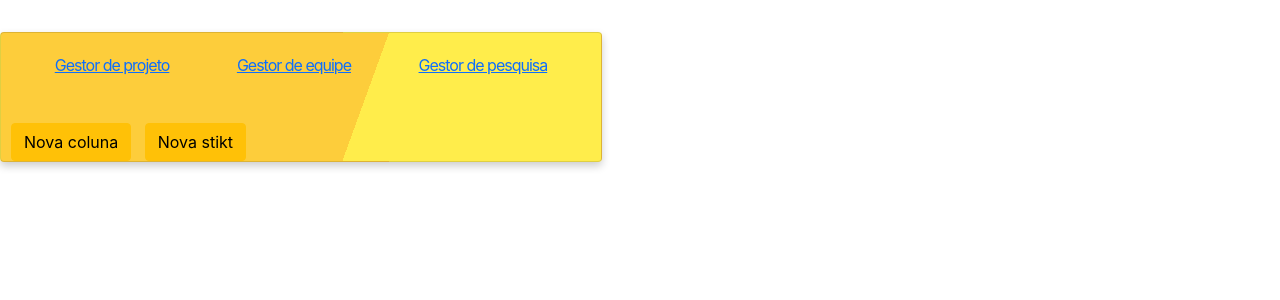
Repository: shadowruge/kanban
Page: index.html
An editor plug-in stored every save of this project. The page is shown before and after the next save, followed by the edit.
The browser window is 1280 px wide. The pictures show the whole page.

Above is the page before, as saved 2021-06-12 19:53:33.

### index.html
<!DOCTYPE html>
<html lang="en">
  <head>
    <meta charset="UTF-8" />
    <meta http-equiv="X-UA-Compatible" content="IE=edge" />
    <meta name="viewport" content="width=device-width, initial-scale=1.0" />
    <script src="https://cdn.jsdelivr.net/npm/@popperjs/core@2.9.2/dist/umd/popper.min.js" integrity="sha384-IQsoLXl5PILFhosVNubq5LC7Qb9DXgDA9i+tQ8Zj3iwWAwPtgFTxbJ8NT4GN1R8p" crossorigin="anonymous"></script>
<script src="https://cdn.jsdelivr.net/npm/bootstrap@5.0.1/dist/js/bootstrap.min.js" integrity="sha384-Atwg2Pkwv9vp0ygtn1JAojH0nYbwNJLPhwyoVbhoPwBhjQPR5VtM2+xf0Uwh9KtT" crossorigin="anonymous"></script>

    <script src="https://cdn.jsdelivr.net/npm/bootstrap@5.0.1/dist/js/bootstrap.bundle.min.js" integrity="sha384-gtEjrD/SeCtmISkJkNUaaKMoLD0//ElJ19smozuHV6z3Iehds+3Ulb9Bn9Plx0x4" crossorigin="anonymous"></script>
    <link href="https://cdn.jsdelivr.net/npm/bootstrap@5.0.1/dist/css/bootstrap.min.css" rel="stylesheet" integrity="sha384-+0n0xVW2eSR5OomGNYDnhzAbDsOXxcvSN1TPprVMTNDbiYZCxYbOOl7+AMvyTG2x" crossorigin="anonymous">
    <link rel="stylesheet" href="style.css" />
    <script src="index.js"></script>
    <title id="Description">Shadow Kanban</title>
  </head>

  <header>

  </header>

  <body>
    <div class="card-holder">
  <div class="card bg-gold">
    <nav class="nav">
      <p><a href="#">Gestor de projeto</a></p>
      <p><a href="#">Gestor de equipe</a></p>
      <p><a href="#">Gestor de pesquisa</a></p>
    </nav>
    <!--botão-->

  <button type="button" class="btn btn-warning">Nova coluna</button>

  <button type="button" class="btn btn-warning">Nova stikt</button>
  <div class="Linha" style="width:600px;">
    <!-- RECEBE DIVS DINAMICAS -->
    </div>
  </div>

  </div>
  </body>
  <script>

  </script>
</html>

### style.css
* {
  margin: 0;
  padding: 0;
  border: 0;
}

header{
  background-color:white;
}

.body {
  font-size: 15px;
}

.card-holder {
  margin: 2em 0;
}

.card {
  font-family: -apple-system, BlinkMacSystemFont, 'Open Sans', sans-serif;





  border-radius: 0.25em;
  display: table-cell;
  vertical-align: center;
  letter-spacing: -1px;
  box-shadow: 0 4px 8px 0 rgba(0,0,0,0.2);
}

.bg-gold {
  background: -webkit-linear-gradient(110deg, #fdcd3b 60%, #ffed4b 60%);
  background: -o-linear-gradient(110deg, #fdcd3b 60%, #ffed4b 60%);
  background: -moz-linear-gradient(110deg, #fdcd3b 60%, #ffed4b 60%);
  background: linear-gradient(110deg, #fdcd3b 60%, #ffed4b 60%);
}


#kanban {

  width: 97%;
  color: white;
  text-align: center;
  display: flex;
  flex-wrap: wrap;
}

.nav {

  padding: 20px;
  display: flex;
  justify-content: space-around;
  flex-wrap: wrap;
}

.ideias,
.pesquisa,
.progresso,
.testes,
.pronto {
  margin-top: 5px;
  margin-left: auto;
}

.membros,
.membros-lideres {
  margin-left: 150px;
}

.d-flex {
  display: flex !important;
}

.flex-column {
  flex-direction: column !important;
}

.board {
  padding: 20px;
}

.board-column {
  margin-left: 20px;
}

.column-body {
  margin-top: 2em;
}

.card textarea {
  resize: none;
}

.sticker {
  width: 180px;
  height: 180px;
  }

  button {
  margin-top: 10px;
  margin-left: 10px;
  }

### index.js
function dragStartHandler(ev) {
  ev.dataTransfer.setData("application/my-app", ev.target.id);
  ev.dataTransfer.effectAllowed = "move";
}

function dragCardStart(e) {
  console.log(e);
}

function dragOvertHandler(ev) {
  ev.preventDefault();
  ev.dataTransfer.dropEffect = "move";
}

function dropHandler(ev) {
  ev.preventDefault();
  const data = ev.dataTransfer.getData("application/my-app");
  ev.target.appendChild(document.getElementById(data));
}

function handleInputKeys({ key }) {
  switch (key) {
    case "Enter":
      break;

    default:
      break;
  }
}

const onInputClick = (e) => {
  e.preventDefault();
  e.stopPropagation();
  e.target.disabled = false;
  e.target.focus();
};

const onInputLostFocus = (e) => {
  console.log(e);
  e.target.disabled = true;
};

function addNewCard(e) {
  //   console.log(e);
  //   console.log(column);
  //   console.log(body);
  //   console.log(body.children);
  //   console.log(body.children[0].getAttributeNames());
  const [, , , column] = e.path;
  const [, body] = column.children;
  const addButton = body.children[body.children.length - 1];
  const card = document.createElement("div");
  const input = document.createElement("textarea");
  input.cols = 30;
  input.rows = 10;
  input.disabled = true;
  card.appendChild(input);
  card.classList.add("card");
  card.draggable = "true";
  card.addEventListener("click", onInputClick);
  card.addEventListener("focusout", onInputLostFocus);
  card.addEventListener("dragstart", dragCardStart);
  body.removeChild(addButton);
  body.appendChild(card);
  body.appendChild(addButton);
}

After the next save:
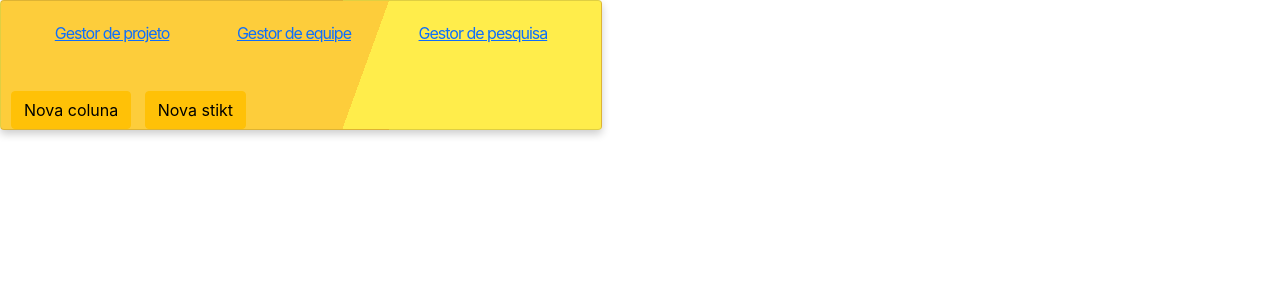
Saved 22 s later.
--- a/style.css
+++ b/style.css
@@ -12,9 +12,6 @@ header{
   font-size: 15px;
 }
 
-.card-holder {
-  margin: 2em 0;
-}
 
 .card {
   font-family: -apple-system, BlinkMacSystemFont, 'Open Sans', sans-serif;
